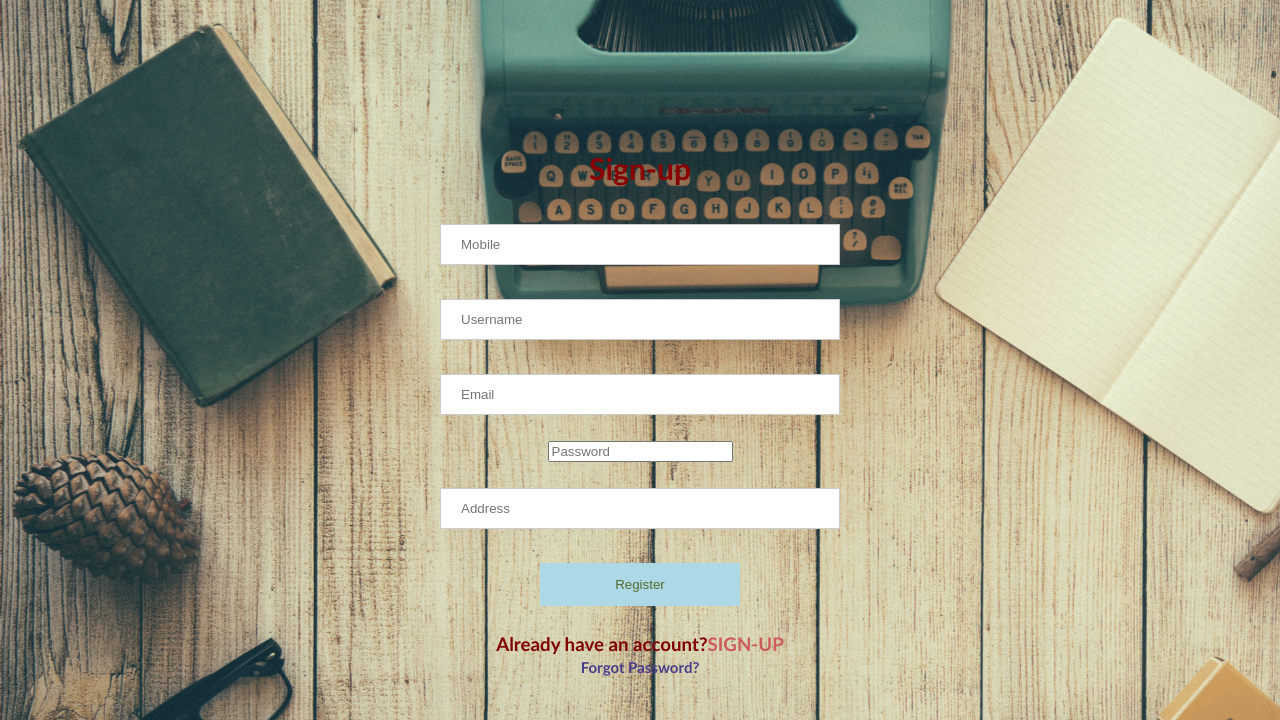
Repository: NAYAN9534/vehicle-booking-system
Page: http://localhost/minor/userlogin.jsp
An editor plug-in stored every save of this project. The page is shown before and after the next save, followed by the edit.
The browser window is 1280 px wide. The pictures show the whole page.
The page is served by Tomcat 9.

Above is the page before, as saved 2017-05-25 07:46:41.

After the next save:
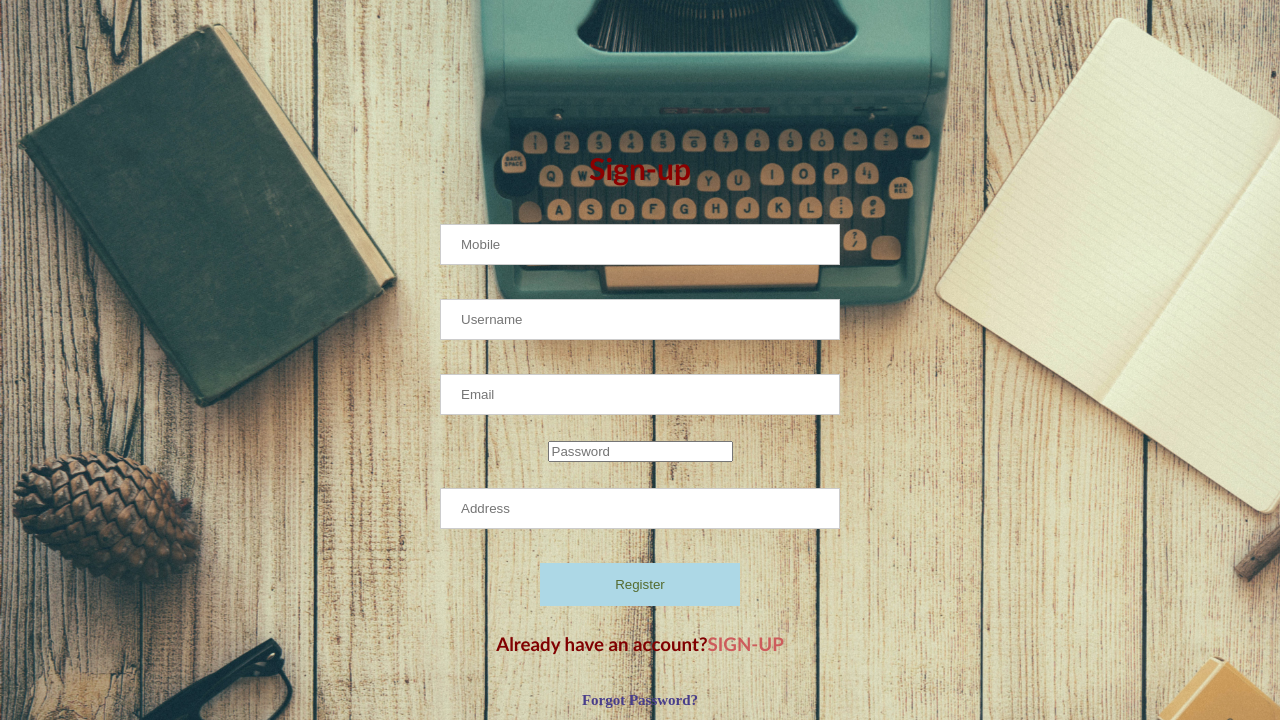
Saved 30 s later.
--- a/minor/WebContent/userlogin.jsp
+++ b/minor/WebContent/userlogin.jsp
@@ -83,7 +83,7 @@ body {
 
 </form>
 
- <h3 style="color:maroon; font-family:calibri;">Already have an account?<a href="userlogin.jsp"><span>SIGN-UP</span></a</h3>
+ <h3 style="color:maroon; font-family:calibri;">Already have an account?<a href="userlogin.jsp"><span>SIGN-UP</span></a></h3>
  <br><a class="forgot" href=""><b>Forgot Password?</b></a>
 </center>
 
